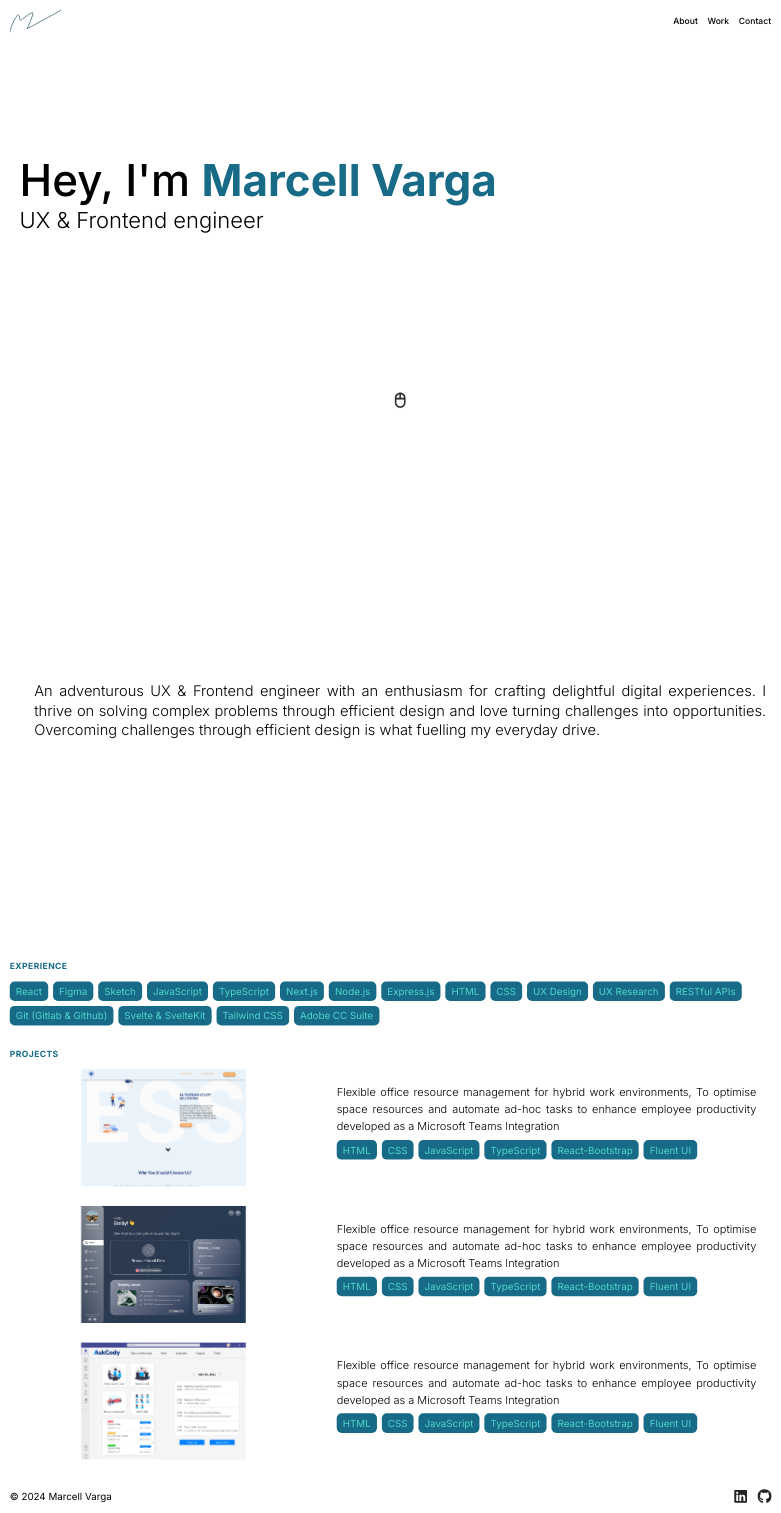
Repository: TheMarcellVarga/personal-portfolio-v.2
Page: /
These files come from the project's save history. The page is drawn as it stood at one moment and after a run of saves; the edit follows.
The browser window is 1280 px wide. The pictures show the whole page, at 61% of full size.
The project was rebuilt for these pictures with package versions that can differ from the ones it lists, and the page was loaded fresh each time. The framework's server and built-in components were replaced by stand-ins that run in the browser. Also part of the build but not shown: next.config.mjs.

Above is the page before, as saved 2024-04-25 01:10:05.

After the next 3 saves:
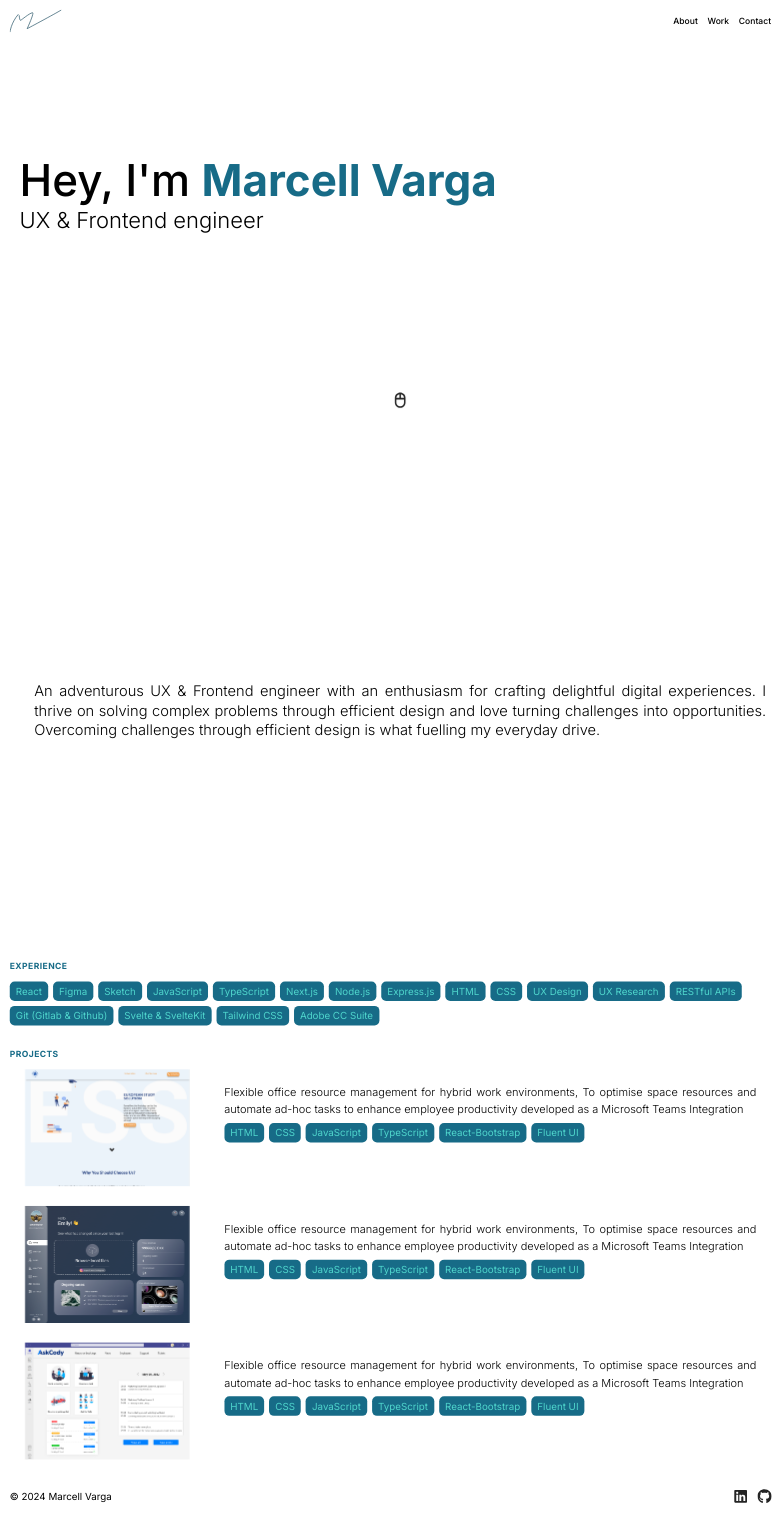
The 3 saves are shown as one change because they came seconds apart.
The last was saved 10 s later.
--- a/app/page.tsx
+++ b/app/page.tsx
@@ -239,7 +239,7 @@
           <div className="flex flex-col gap-8">
             {projects.map((project) => (
               <div key={project.title} className="flex gap-2">
-                <div className="w-full h-full relative rounded-lg overflow-hidden y-5">
+                <div className="w-1/2 h-full relative rounded-lg overflow-hidden y-5">
                   <div className="h-48">
                     <Image
                       src={project.image} // Use the image path from the project object

After the save that followed:
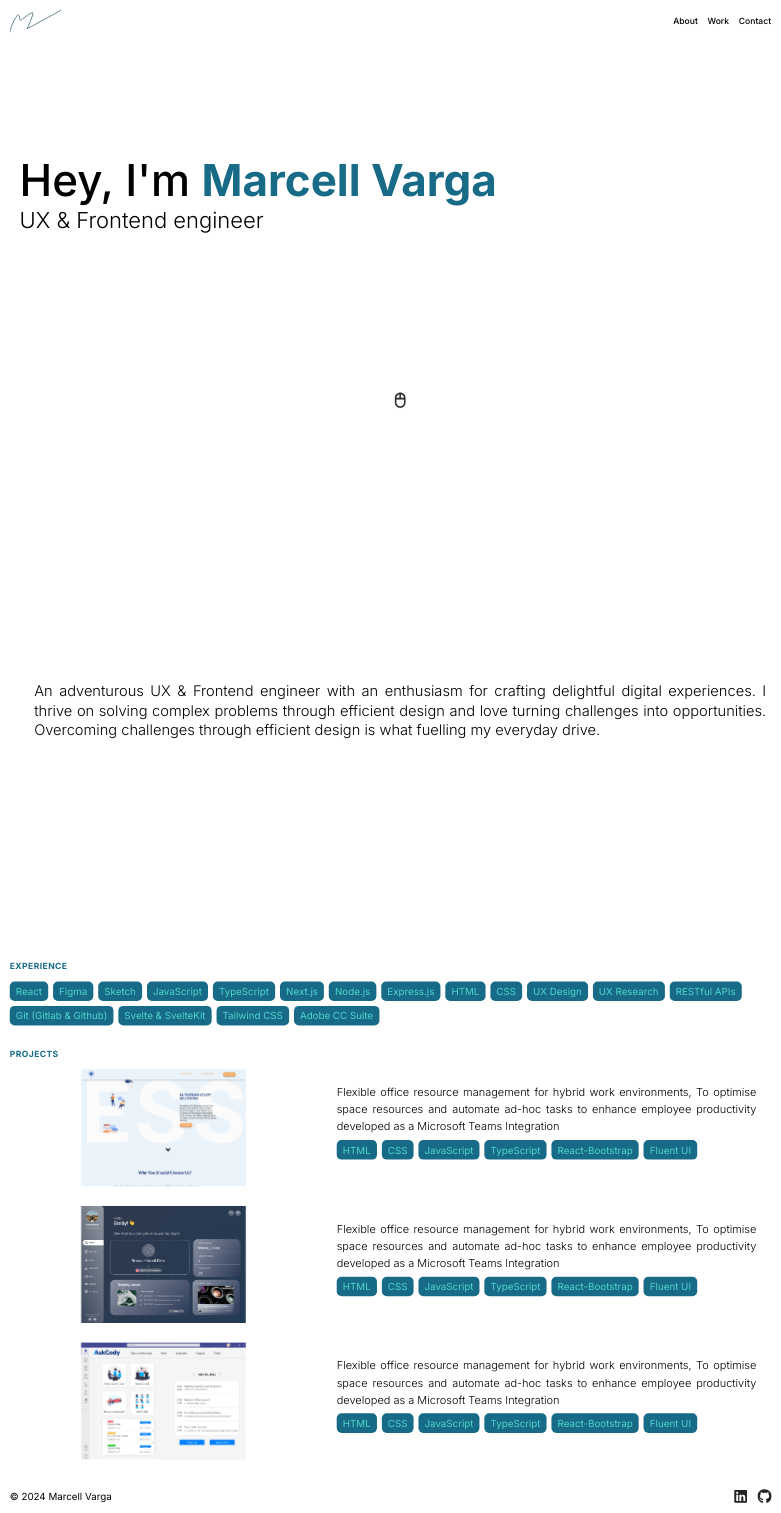
Saved 17 s later.
--- a/app/page.tsx
+++ b/app/page.tsx
@@ -239,7 +239,7 @@
           <div className="flex flex-col gap-8">
             {projects.map((project) => (
               <div key={project.title} className="flex gap-2">
-                <div className="w-1/2 h-full relative rounded-lg overflow-hidden y-5">
+                <div className="w-full h-full relative rounded-lg overflow-hidden y-5">
                   <div className="h-48">
                     <Image
                       src={project.image} // Use the image path from the project object
